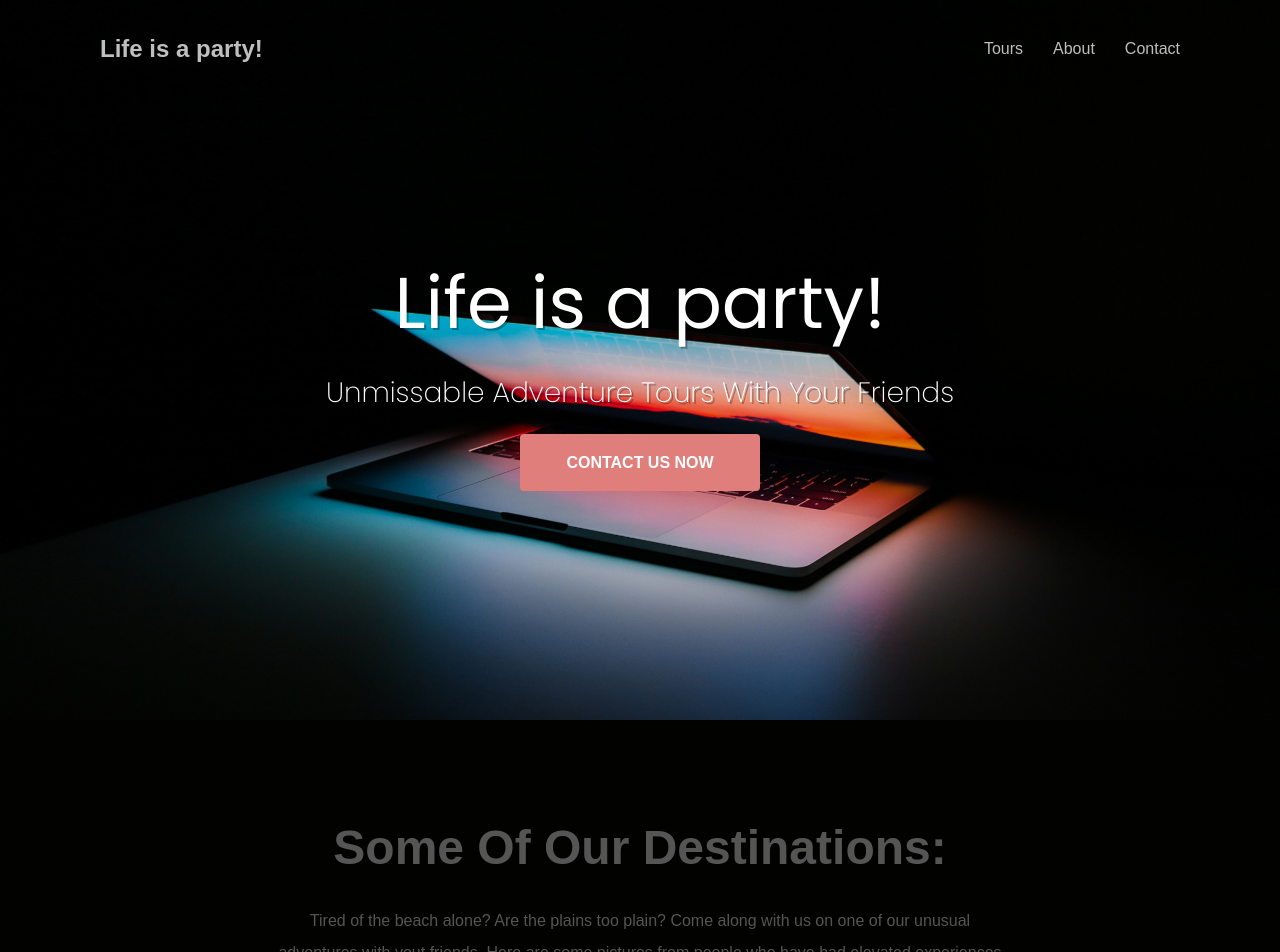
Repository: Samkiroko/Techcamp-html
Page: index.html
The author's editor kept a copy of each file at every save. The page is drawn from the files as they stood at one save, then again after the next save.
The browser window is 1280 px wide. The pictures show the part of the page from y = 0 to 952 px (the page is 4704 px tall).

Above is the page before, as saved 2021-08-05 16:38:20.
Not found: assets/css/styles.css

### index.html
<!DOCTYPE html>
<html lang="en">

<head>
    <meta charset="UTF-8">
    <title>Tech Camp start-up</title>
    <link rel="stylesheet" href="./style.css">

</head>


<!-- partial:index.partial.html -->
<link rel="preconnect" href="https://fonts.googleapis.com">
<link rel="preconnect" href="https://fonts.gstatic.com" crossorigin>
<link href="https://fonts.googleapis.com/css2?family=Poppins:wght@200;400;600&display=swap" rel="stylesheet">
<link rel="stylesheet" href="https://maxcdn.bootstrapcdn.com/font-awesome/4.7.0/css/font-awesome.min.css">
<link rel="stylesheet" href="assets/css/styles.css">
</head>


<!-- Forked from a template on Tutorialzine: https://tutorialzine.com/2016/06/freebie-landing-page-template-with-flexbox -->
<header>
    <h2><a href="#">Life is a party!</a></h2>
    <nav>
        <li><a href="#">Tours</a></li>
        <li><a href="#">About</a></li>
        <li><a href="#">Contact</a></li>
    </nav>
</header>

<section class="hero">
    <div class="background-image"></div>
    <div class="hero-content-area">
        <h1>Life is a party!</h1>
        <h3>Unmissable Adventure Tours With Your Friends</h3>
        <a href="#" class="btn">Contact Us Now</a>
    </div>
</section>

<section class="destinations">
    <h3 class="title">Some of our destinations:</h3>
    <p>Tired of the beach alone? Are the plains too plain? Come along with us on one of our unusual adventures with yout friends. Here are some pictures from people who have had elevated experiences with us.</p>
    <hr>

    <ul class="grid">
        <li class="small image-1"></li>
        <li class="large image-2"></li>
        <li class="large image-3"></li>
        <li class="small image-4"></li>
    </ul>
</section>

<section class="packages">
    <h3 class="title">Tour Packages</h3>
    <p>We offer a variety of group (minimum 5 people) packages. Whether you've spent some summers together or this might be your first adventure, we've got the perfect vacation for you.</p>
    <hr>

    <ul class="grid">
        <li>
            <i class="fa fa-compass fa-4x"></i>
            <h4>Guided Trips</h4>
            <p>Looking for the complete experience? Take a tour with one of our experts. They'll show you secrets that you're likely to miss otherwise.</p>
        </li>
        <li>
            <i class="fa fa-camera-retro fa-4x"></i>
            <h4>Photo Trips</h4>
            <p>Want to experience nature's beauty without all of that annoying exercise? Take a photo tour on one of our <em>Life is a party!</em> buses.</p>
        </li>
        <li>
            <i class="fa fa-bicycle fa-4x"></i>
            <h4>Biking Trips</h4>
            <p>If bicycles are more your speed, consider taking a tour through one of our mountain or city bike paths. We'll provide the bikes, and lunch too!</p>
        </li>
        <li>
            <i class="fa fa-flag-checkered fa-4x"></i>
            <h4>Racing Trips</h4>
            <p>Got a competitive spirit? Sign up for one of our challenge-based marathons! Try to reach the summit before any other group.</p>
        </li>
    </ul>
</section>

<section class="testimonials">
    <h3 class="title">Testimonials from our adventurers:</h3>
    <hr>
    <p class="quote">Wow! This tour made me realize how much I love being outside with my friends. After going on one of these tours, I can safely say that beer pong is my favorite game all time, also the cultural programs were really interesting!</p>
    <p class="author">- Albert Herter</p>
    <p class="quote">Wow, this really blew my mind. We had so much fun at the beach, and also some hidden secrets revealed. Come on, I'm living in this city for 5 years. Amazing!</p>
    <p class="author">- Sharon Rosenberg</p>
    <p class="quote">If you want to understand your friends better, head to the mountains. I mean, seriously. It's like sitting next to a campfire and just talk in the sunset, woah. You know? It's like that.</p>
    <p class="author">- Luis Mendoza</p>
</section>

<section class="contact">
    <h3 class="title">Learn more</h3>
    <p>Want to know about our upcoming events, or come to one of our mixers? Just sign up for our mailing list. No spam from us, we promise! Except for the spam we give you to keep up your energy while you're having fun with your friends. Have a blast! We
        have tons of that.</p>
    <hr>
    <form>
        <input type="email" placeholder="Email">
        <a href="#" class="btn">Subscribe now</a>
    </form>
</section>

<footer>
    <p>Images courtesy of <a href="http://unsplash.com/">unsplash</a>.</p>
    <p>Why are you even reading this?! There's never anything interesting in the footer!</p>
    <ul>
        <li><a href="#"><i class="fa fa-twitter-square fa-2x"></i></a></li>
        <li><a href="#"><i class="fa fa-facebook-square fa-2x"></i></a></li>
        <li><a href="#"><i class="fa fa-snapchat-square fa-2x"></i></a></li>
    </ul>
</footer>
<!-- partial -->

</body>

</html>

### style.css
/*General Styles*/

* {
    margin: 0;
    padding: 0;
    box-sizing: border-box;
}

body {
    background: #020200;
}

html {
    font-size: 16px;
    font-family: 'Raleway', sans-serif;
    color: #555;
}

ul,
nav {
    list-style: none;
}

a {
    text-decoration: none;
    opacity: 0.75;
    color: #fff;
}

a:hover {
    opacity: 1;
}

a.btn {
    border-radius: 4px;
    text-transform: uppercase;
    font-weight: bold;
    text-align: center;
    background-color: #e07e7b;
    opacity: 1;
    transition: all 400ms;
}

a.btn:hover {
    background-color: #ce5856;
}

section {
    display: flex;
    flex-direction: column;
    align-items: center;
    padding: 100px 80px;
}

section:not(.hero):nth-child(even) {
    background-color: #f5f5f5;
}

.grid {
    width: 100%;
    display: flex;
    flex-wrap: wrap;
    justify-content: center;
}

hr {
    width: 250px;
    height: 3px;
    background-color: #e07e7b;
    border: 0;
    margin-bottom: 50px;
}


/*
.image-1 {
    background-image: url('https://images.unsplash.com/photo-1505852903341-fc8d3db10436?ixlib=rb-0.3.5&q=80&fm=jpg&crop=entropy&cs=tinysrgb&w=1600&h=900&fit=crop&s=e2f72e62d5f4f04256dd9305d5f51f3c');
}

.image-2 {
    background-image: url('https://images.unsplash.com/photo-1475483768296-6163e08872a1?ixlib=rb-0.3.5&q=80&fm=jpg&crop=entropy&cs=tinysrgb&w=1600&h=900&fit=crop&s=20b3b1c3caef8c619ac3c75c07a7eafb');
}

.image-3 {
    background-image: url('https://images.unsplash.com/photo-1490576198307-6ff97609a0cc?ixlib=rb-0.3.5&q=80&fm=jpg&crop=entropy&cs=tinysrgb&w=1600&h=900&fit=crop&s=a0dbd168637edc2cfdac3715ab23d519');
}

.image-4 {
    background-image: url('https://images.unsplash.com/photo-1505483531331-fc3cf89fd382?ixlib=rb-0.3.5&q=80&fm=jpg&crop=entropy&cs=tinysrgb&w=1600&h=900&fit=crop&s=4f305bbc0243f81f1bf6053a62d76297');
} */

section h3.title {
    text-transform: capitalize;
    font: bold 48px 'Amatic SC', sans-serif;
    margin-bottom: 30px;
    text-align: center;
}

section p {
    max-width: 775px;
    line-height: 2;
    padding: 0 20px;
    margin-bottom: 30px;
    text-align: center;
}

@media (max-width: 800px) {
    section {
        padding: 50px 20px;
    }
}


/*Header Styles*/

header {
    position: absolute;
    width: 100%;
    display: flex;
    justify-content: space-between;
    align-items: center;
    padding: 35px 100px 0;
    animation: 1s fadein 0.5s forwards;
    opacity: 0;
    color: #fff;
    z-index: 2;
}

@keyframes fadein {
    100% {
        opacity: 1;
    }
}

header h2 {
    font-family: 'Amatic SC', sans-serif;
}

header nav {
    display: flex;
    margin-right: -15px;
}

header nav li {
    margin: 0 15px;
}

@media (max-width: 800px) {
    header {
        padding: 20px 50px;
        flex-direction: column;
    }
    header h2 {
        margin-bottom: 15px;
    }
}


/*Hero Styles*/

.hero {
    position: relative;
    justify-content: center;
    text-align: center;
    min-height: 100vh;
    color: #fff;
}

.hero .background-image {
    position: absolute;
    top: 0;
    left: 0;
    width: 100%;
    height: 100%;
    background-image: url('img/hp.jpg');
    background-size: cover;
    z-index: -1;
    background-color: #80a3db;
}

.hero h1 {
    font: 72px 'Amatic SC', sans-serif;
    text-shadow: 2px 2px rgba(0, 0, 0, 0.3);
    margin-bottom: 15px;
}

.hero h3 {
    font: 28px 'Raleway', sans-serif;
    font-weight: 300;
    text-shadow: 2px 2px rgba(0, 0, 0, 0.3);
    margin-bottom: 40px;
}

.hero a.btn {
    padding: 20px 46px;
}

.hero-content-area {
    opacity: 0;
    margin-top: 100px;
    animation: 1s slidefade 1s forwards;
}

@keyframes slidefade {
    100% {
        opacity: 1;
        margin: 0;
    }
}

@media (max-width: 800px) {
    .hero {
        min-height: 600px;
    }
    .hero h1 {
        font-size: 48px;
    }
    .hero h3 {
        font-size: 24px;
    }
    .hero a.btn {
        padding: 15px 40px;
    }
}


/*Destinations Section*/

.destinations .grid li {
    height: 350px;
    padding: 20px;
    background-clip: content-box;
    background-size: cover;
    background-position: center;
}

.destinations .grid li.small {
    flex-basis: 30%;
}

.destinations .grid li.large {
    flex-basis: 70%;
}

@media (max-width: 1100px) {
    .destinations .grid li.small,
    .destinations .grid li.large {
        flex-basis: 50%;
    }
}

@media (max-width: 800px) {
    .destinations .grid li.small,
    .destinations .grid li.large {
        flex-basis: 100%;
    }
}


/*Packages Section*/

.packages .grid li {
    padding: 50px;
    flex-basis: 50%;
    text-align: center;
}

.packages .grid li i {
    color: #e07e7b;
}

.packages .grid li h4 {
    font-size: 30px;
    margin: 25px 0;
}

@media (max-width: 800px) {
    .packages .grid li {
        flex-basis: 100%;
        padding: 20px;
    }
}


/*Testimonials Section*/

.testimonials .quote {
    font-size: 22px;
    font-weight: 300;
    line-height: 1.5;
    margin: 40px 0 25px;
}

@media (max-width: 800px) {
    .testimonials .quote {
        font-size: 18px;
        margin: 15px 0;
    }
    .testimonials .author {
        font-size: 14px;
    }
}


/*Contact Section*/

.contact form {
    display: flex;
    align-items: center;
    justify-content: center;
    flex-wrap: wrap;
    width: 60%;
}

.contact form .btn {
    padding: 18px 42px;
}

.contact form input {
    padding: 15px;
    margin-right: 30px;
    font-size: 18px;
    color: #555;
    flex: 1;
}

@media (max-width: 1000px) {
    .contact form input {
        flex-basis: 100%;
        margin: 0 0 20px 0;
    }
}


/*Footer Section*/

footer {
    display: flex;
    align-items: center;
    justify-content: space-around;
    background-color: #555;
    color: #fff;
    padding: 20px 0;
}

footer ul {
    display: flex;
}

footer ul li {
    margin-left: 16px;
}

footer p {
    text-transform: uppercase;
    font-size: 14px;
    opacity: 0.6;
    align-self: center;
}

@media (max-width: 1100px) {
    footer {
        flex-direction: column;
    }
    footer p {
        text-align: center;
        margin-bottom: 20px;
    }
    footer ul li {
        margin: 0 8px;
    }
}


/*General Styles*/

* {
    margin: 0;
    padding: 0;
    box-sizing: border-box;
}

html {
    font-size: 16px;
    font-family: 'Raleway', sans-serif;
    color: #555;
}

ul,
nav {
    list-style: none;
}

a {
    text-decoration: none;
    opacity: 0.75;
    color: #fff;
}

a:hover {
    opacity: 1;
}

a.btn {
    border-radius: 4px;
    text-transform: uppercase;
    font-weight: bold;
    text-align: center;
    background-color: #e07e7b;
    opacity: 1;
    transition: all 400ms;
}

a.btn:hover {
    background-color: #ce5856;
}

section {
    display: flex;
    flex-direction: column;
    align-items: center;
    padding: 100px 80px;
}

section:not(.hero):nth-child(even) {
    background-color: #f5f5f5;
}

.grid {
    width: 100%;
    display: flex;
    flex-wrap: wrap;
    justify-content: center;
}

hr {
    width: 250px;
    height: 3px;
    background-color: #e07e7b;
    border: 0;
    margin-bottom: 50px;
}

.image-1 {
    background-image: url('https://images.unsplash.com/photo-1505852903341-fc8d3db10436?ixlib=rb-0.3.5&q=80&fm=jpg&crop=entropy&cs=tinysrgb&w=1600&h=900&fit=crop&s=e2f72e62d5f4f04256dd9305d5f51f3c');
}

.image-2 {
    background-image: url('https://images.unsplash.com/photo-1475483768296-6163e08872a1?ixlib=rb-0.3.5&q=80&fm=jpg&crop=entropy&cs=tinysrgb&w=1600&h=900&fit=crop&s=20b3b1c3caef8c619ac3c75c07a7eafb');
}

.image-3 {
    background-image: url('https://images.unsplash.com/photo-1490576198307-6ff97609a0cc?ixlib=rb-0.3.5&q=80&fm=jpg&crop=entropy&cs=tinysrgb&w=1600&h=900&fit=crop&s=a0dbd168637edc2cfdac3715ab23d519');
}

.image-4 {
    background-image: url('https://images.unsplash.com/photo-1505483531331-fc3cf89fd382?ixlib=rb-0.3.5&q=80&fm=jpg&crop=entropy&cs=tinysrgb&w=1600&h=900&fit=crop&s=4f305bbc0243f81f1bf6053a62d76297');
}

section h3.title {
    text-transform: capitalize;
    font: bold 48px 'Amatic SC', sans-serif;
    margin-bottom: 30px;
    text-align: center;
}

section p {
    max-width: 775px;
    line-height: 2;
    padding: 0 20px;
    margin-bottom: 30px;
    text-align: center;
}

@media (max-width: 800px) {
    section {
        padding: 50px 20px;
    }
}


/*Header Styles*/

header {
    position: absolute;
    width: 100%;
    display: flex;
    justify-content: space-between;
    align-items: center;
    padding: 35px 100px 0;
    animation: 1s fadein 0.5s forwards;
    opacity: 0;
    color: #fff;
    z-index: 2;
}

@keyframes fadein {
    100% {
        opacity: 1;
    }
}

header h2 {
    font-family: 'Amatic SC', sans-serif;
}

header nav {
    display: flex;
    margin-right: -15px;
}

header nav li {
    margin: 0 15px;
}

@media (max-width: 800px) {
    header {
        padding: 20px 50px;
        flex-direction: column;
    }
    header h2 {
        margin-bottom: 15px;
    }
}


/*Hero Styles*/

.hero {
    position: relative;
    justify-content: center;
    text-align: center;
    min-height: 100vh;
    color: #fff;
}

.hero .background-image {
    position: absolute;
    top: 0;
    left: 0;
    width: 100%;
    height: 100%;
    background-image: url('img/hp.jpg');
    background-size: cover;
    z-index: -1;
    background-color: #80a3db;
}

.hero h1 {
    font: 72px 'Poppins', sans-serif;
    text-shadow: 2px 2px rgba(0, 0, 0, 0.3);
    margin-bottom: 15px;
}

.hero h3 {
    font: 28px 'Poppins', sans-serif;
    font-weight: 300;
    text-shadow: 2px 2px rgba(0, 0, 0, 0.3);
    margin-bottom: 40px;
}

.hero a.btn {
    padding: 20px 46px;
}

.hero-content-area {
    opacity: 0;
    margin-top: 100px;
    animation: 1s slidefade 1s forwards;
}

@keyframes slidefade {
    100% {
        opacity: 1;
        margin: 0;
    }
}

@media (max-width: 800px) {
    .hero {
        min-height: 600px;
    }
    .hero h1 {
        font-size: 48px;
    }
    .hero h3 {
        font-size: 24px;
    }
    .hero a.btn {
        padding: 15px 40px;
    }
}


/*Destinations Section*/

.destinations .grid li {
    height: 350px;
    padding: 20px;
    background-clip: content-box;
    background-size: cover;
    background-position: center;
}

.destinations .grid li.small {
    flex-basis: 30%;
}

.destinations .grid li.large {
    flex-basis: 70%;
}

@media (max-width: 1100px) {
    .destinations .grid li.small,
    .destinations .grid li.large {
        flex-basis: 50%;
    }
}

@media (max-width: 800px) {
    .destinations .grid li.small,
    .destinations .grid li.large {
        flex-basis: 100%;
    }
}


/*Packages Section*/

.packages .grid li {
    padding: 50px;
    flex-basis: 50%;
    text-align: center;
}

.packages .grid li i {
    color: #e07e7b;
}

.packages .grid li h4 {
    font-size: 30px;
    margin: 25px 0;
}

@media (max-width: 800px) {
    .packages .grid li {
        flex-basis: 100%;
        padding: 20px;
    }
}


/*Testimonials Section*/

.testimonials .quote {
    font-size: 22px;
    font-weight: 300;
    line-height: 1.5;
    margin: 40px 0 25px;
}

@media (max-width: 800px) {
    .testimonials .quote {
        font-size: 18px;
        margin: 15px 0;
    }
    .testimonials .author {
        font-size: 14px;
    }
}


/*Contact Section*/

.contact form {
    display: flex;
    align-items: center;
    justify-content: center;
    flex-wrap: wrap;
    width: 60%;
}

.contact form .btn {
    padding: 18px 42px;
}

.contact form input {
    padding: 15px;
    margin-right: 30px;
    font-size: 18px;
    color: #555;
    flex: 1;
}

@media (max-width: 1000px) {
    .contact form input {
        flex-basis: 100%;
        margin: 0 0 20px 0;
    }
}


/*Footer Section*/

footer {
    display: flex;
    align-items: center;
    justify-content: space-around;
    background-color: #555;
    color: #fff;
    padding: 20px 0;
}

footer ul {
    display: flex;
}

footer ul li {
    margin-left: 16px;
}

footer p {
    text-transform: uppercase;
    font-size: 14px;
    opacity: 0.6;
    align-self: center;
}

@media (max-width: 1100px) {
    footer {
        flex-direction: column;
    }
    footer p {
        text-align: center;
        margin-bottom: 20px;
    }
    footer ul li {
        margin: 0 8px;
    }
}

After the next save:
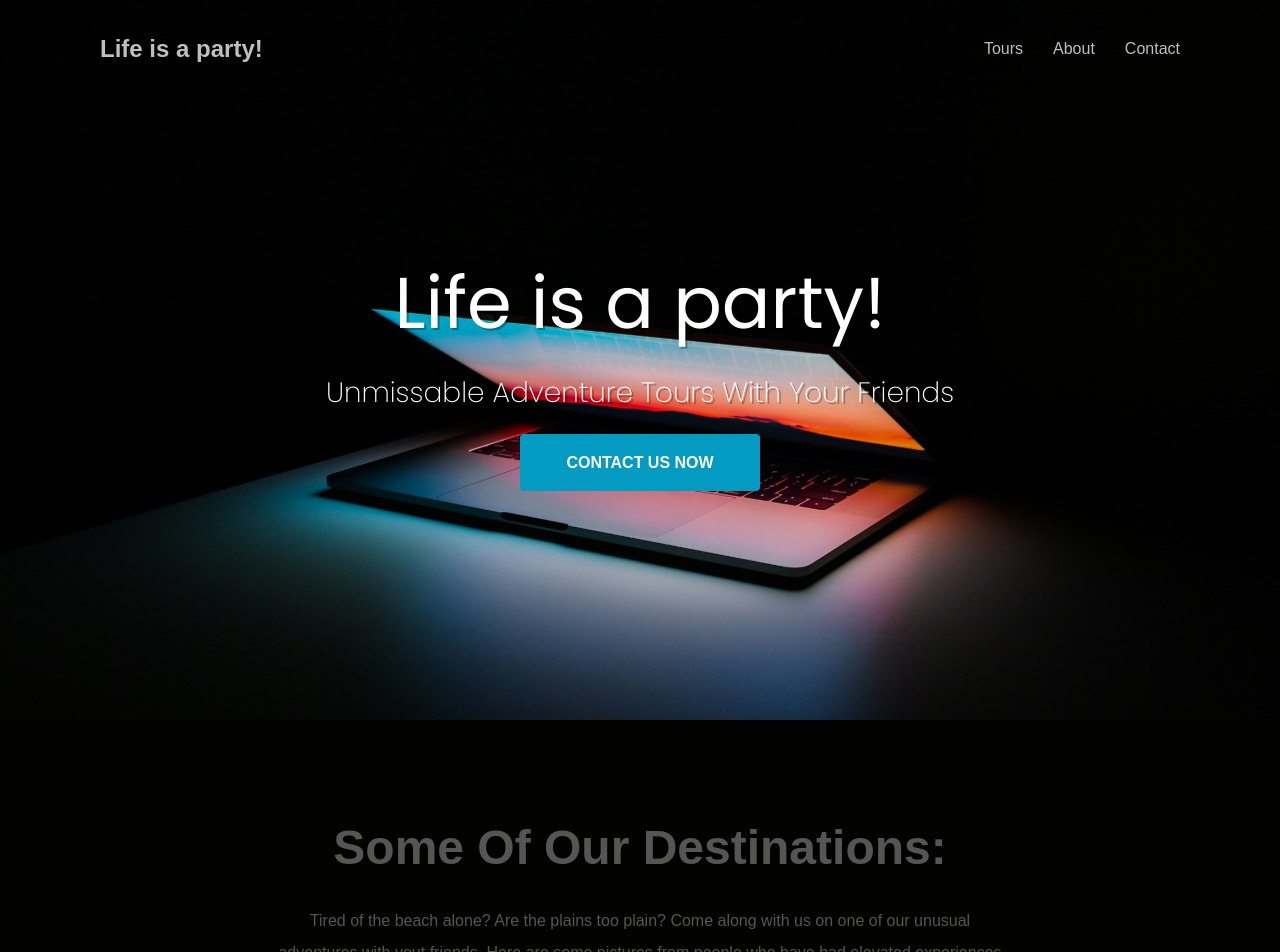
Saved 103 s later.
--- a/style.css
+++ b/style.css
@@ -36,7 +36,7 @@ a.btn {
     text-transform: uppercase;
     font-weight: bold;
     text-align: center;
-    background-color: #e07e7b;
+    background-color: #039bc2;
     opacity: 1;
     transition: all 400ms;
 }
@@ -66,7 +66,7 @@ section:not(.hero):nth-child(even) {
 hr {
     width: 250px;
     height: 3px;
-    background-color: #e07e7b;
+    background-color: #039bc2;
     border: 0;
     margin-bottom: 50px;
 }
@@ -266,7 +266,7 @@ header nav li {
 }
 
 .packages .grid li i {
-    color: #e07e7b;
+    color: #039bc2;
 }
 
 .packages .grid li h4 {
@@ -406,7 +406,7 @@ a.btn {
     text-transform: uppercase;
     font-weight: bold;
     text-align: center;
-    background-color: #e07e7b;
+    background-color: #039bc2;
     opacity: 1;
     transition: all 400ms;
 }
@@ -436,7 +436,7 @@ section:not(.hero):nth-child(even) {
 hr {
     width: 250px;
     height: 3px;
-    background-color: #e07e7b;
+    background-color: #039bc2;
     border: 0;
     margin-bottom: 50px;
 }
@@ -634,7 +634,7 @@ header nav li {
 }
 
 .packages .grid li i {
-    color: #e07e7b;
+    color: #039bc2;
 }
 
 .packages .grid li h4 {
